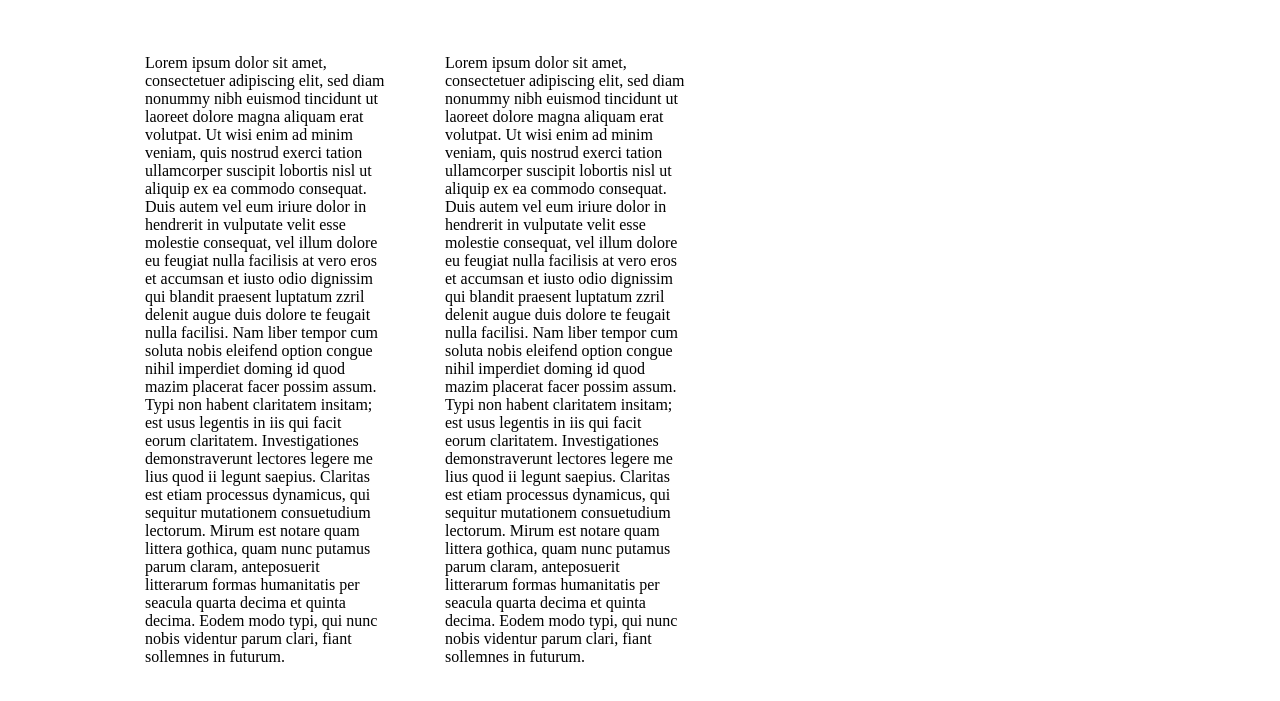
Repository: PeterKellett/the-importance-of-this
Page: index.html
The author's editor kept a record of every edit. The page is drawn from the files as they stood at one moment, then again after the next edit.
The browser window is 1280 px wide. The pictures show the whole page.

Above is the page before.

### index.html
<!DOCTYPE html>
<html lang="en">

<head>
    <meta charset="UTF-8">
    <meta name="viewport" content="width=device-width, initial-scale=1.0">
    <meta http-equiv="X-UA-Compatible" content="ie=edge">
    <link rel="stylesheet" href="css/style.css" type="text/css" />
    <script type="text/javascript" src="js/jquery-3.4.1.js"></script>
    <title>Document</title>
</head>

<body>
    <div id="container">
        <div class="card">
            <p>Lorem ipsum dolor sit amet, consectetuer adipiscing elit, sed diam nonummy nibh euismod tincidunt ut laoreet dolore magna aliquam erat volutpat. Ut wisi enim ad minim veniam, quis nostrud exerci tation ullamcorper suscipit lobortis nisl ut
                aliquip ex ea commodo consequat. Duis autem vel eum iriure dolor in hendrerit in vulputate velit esse molestie consequat, vel illum dolore eu feugiat nulla facilisis at vero eros et accumsan et iusto odio dignissim qui blandit praesent
                luptatum zzril delenit augue duis dolore te feugait nulla facilisi. Nam liber tempor cum soluta nobis eleifend option congue nihil imperdiet doming id quod mazim placerat facer possim assum. Typi non habent claritatem insitam; est usus
                legentis in iis qui facit eorum claritatem. Investigationes demonstraverunt lectores legere me lius quod ii legunt saepius. Claritas est etiam processus dynamicus, qui sequitur mutationem consuetudium lectorum. Mirum est notare quam littera
                gothica, quam nunc putamus parum claram, anteposuerit litterarum formas humanitatis per seacula quarta decima et quinta decima. Eodem modo typi, qui nunc nobis videntur parum clari, fiant sollemnes in futurum.</p>
        </div>
        <div class="card">
            <p>Lorem ipsum dolor sit amet, consectetuer adipiscing elit, sed diam nonummy nibh euismod tincidunt ut laoreet dolore magna aliquam erat volutpat. Ut wisi enim ad minim veniam, quis nostrud exerci tation ullamcorper suscipit lobortis nisl ut
                aliquip ex ea commodo consequat. Duis autem vel eum iriure dolor in hendrerit in vulputate velit esse molestie consequat, vel illum dolore eu feugiat nulla facilisis at vero eros et accumsan et iusto odio dignissim qui blandit praesent
                luptatum zzril delenit augue duis dolore te feugait nulla facilisi. Nam liber tempor cum soluta nobis eleifend option congue nihil imperdiet doming id quod mazim placerat facer possim assum. Typi non habent claritatem insitam; est usus
                legentis in iis qui facit eorum claritatem. Investigationes demonstraverunt lectores legere me lius quod ii legunt saepius. Claritas est etiam processus dynamicus, qui sequitur mutationem consuetudium lectorum. Mirum est notare quam littera
                gothica, quam nunc putamus parum claram, anteposuerit litterarum formas humanitatis per seacula quarta decima et quinta decima. Eodem modo typi, qui nunc nobis videntur parum clari, fiant sollemnes in futurum.</p>
        </div>
    </div>
    <script type="text/javascript" src="js/script.js"></script>
</body>

</html>

### css/style.css
#container {
    display: flex;
    flex-flow: row-wrap;
    box-sizing: border-box;
    margin-right: auto;
    margin-left: auto;
    max-width: 1050px;
}

.card {
    flex: 1;
    display: flex;
    flex-flow: column;
    max-width: 240px;
    margin: 10px;
    padding: 20px;
    background-color: #fff;
}

### js/script.js
$(document).ready(function() {
    $("button").mouseenter(function() {
        $(this).removeClass("makeRed").addClass("makeBlue");
    });

    $("button").mouseleave(function() {
        $(this).removeClass("makeBlue").addClass("makeRed");
    });

    $(".box").on("click", function() {
        /*When we click on an element that has a 'box' class, this event will be triggered*/
        var classNames = $(this).attr("class").split(" ");
        var boxClass = classNames[0];
        var className = classNames[1];
        if ($(this).css("background-color") == "rgb(255, 0, 0") {
            //if this object is already red, turn it black
            $("." + className).css("background-color", "#000");
        }
        else {
            /*else turn all elements with a box class black
            and then change the color of all elements
            with the same class name as the clicked element*/$("." + className).css("background-color", "red");
        }
        $("." + classNames[1]).css("background-color", "red");
    });
});

Loaded but not shown: js/jquery-3.4.1.js (library)

After the next edit:
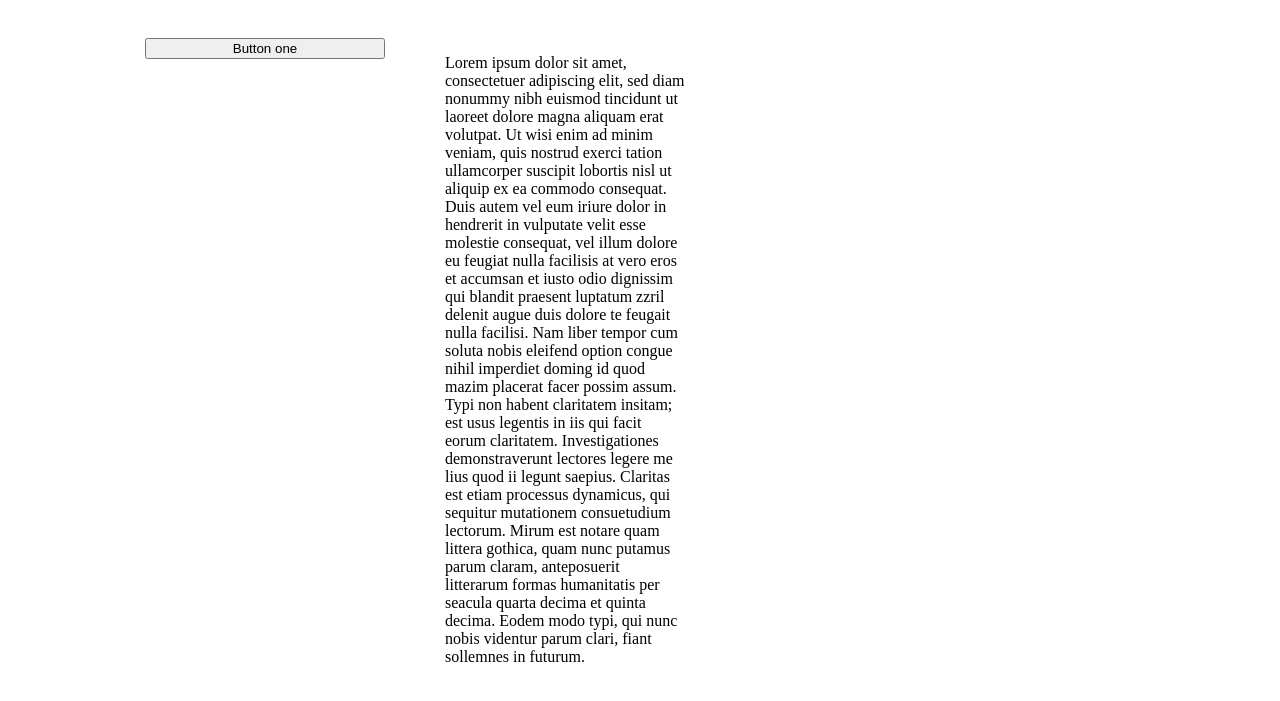
The edit:
--- a/index.html
+++ b/index.html
@@ -13,11 +13,7 @@
 <body>
     <div id="container">
         <div class="card">
-            <p>Lorem ipsum dolor sit amet, consectetuer adipiscing elit, sed diam nonummy nibh euismod tincidunt ut laoreet dolore magna aliquam erat volutpat. Ut wisi enim ad minim veniam, quis nostrud exerci tation ullamcorper suscipit lobortis nisl ut
-                aliquip ex ea commodo consequat. Duis autem vel eum iriure dolor in hendrerit in vulputate velit esse molestie consequat, vel illum dolore eu feugiat nulla facilisis at vero eros et accumsan et iusto odio dignissim qui blandit praesent
-                luptatum zzril delenit augue duis dolore te feugait nulla facilisi. Nam liber tempor cum soluta nobis eleifend option congue nihil imperdiet doming id quod mazim placerat facer possim assum. Typi non habent claritatem insitam; est usus
-                legentis in iis qui facit eorum claritatem. Investigationes demonstraverunt lectores legere me lius quod ii legunt saepius. Claritas est etiam processus dynamicus, qui sequitur mutationem consuetudium lectorum. Mirum est notare quam littera
-                gothica, quam nunc putamus parum claram, anteposuerit litterarum formas humanitatis per seacula quarta decima et quinta decima. Eodem modo typi, qui nunc nobis videntur parum clari, fiant sollemnes in futurum.</p>
+            <button>Button one</button>
         </div>
         <div class="card">
             <p>Lorem ipsum dolor sit amet, consectetuer adipiscing elit, sed diam nonummy nibh euismod tincidunt ut laoreet dolore magna aliquam erat volutpat. Ut wisi enim ad minim veniam, quis nostrud exerci tation ullamcorper suscipit lobortis nisl ut
